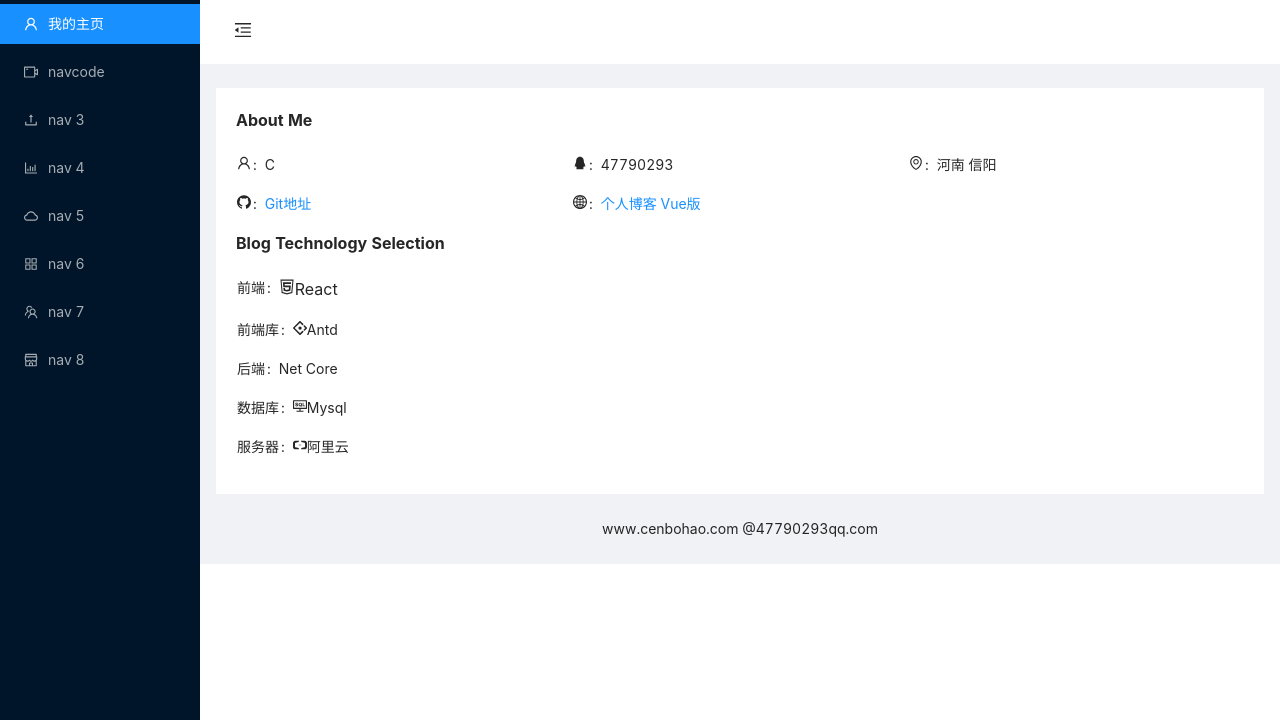
Repository: CBH20010703/bolgsweb
Page: /index (app in blogs/)
The author's editor kept a copy of each file at every save. The page is drawn from the files as they stood at one save, then again after the next save.
The browser window is 1280 px wide. The pictures show the whole page.
The project was rebuilt for these pictures with package versions that can differ from the ones it lists, and the page was loaded fresh each time. Also part of the build but not shown: blogs/src/view/Login/Login.jsx, blogs/src/component/Menu/MenuList.css, blogs/src/view/Home/Home.css, blogs/src/view/NavCode/NavCode.css, blogs/src/view/NavCode/NavCode.jsx, blogs/src/view/404/Error.jsx.

Above is the page before, as saved 2021-06-27 22:48:49.

### blogs/src/index.js
import React from 'react';
import ReactDOM from 'react-dom';
import './index.css';
import App from './App';
import { BrowserRouter} from 'react-router-dom'


ReactDOM.render(<BrowserRouter><App /></BrowserRouter>,document.getElementById('root'));

### blogs/src/App.js
import './App.css';
import { React, Component } from "react";

import  RouterMap from "./router/RouterMap"
export default class  App extends Component {
  constructor(props) {
    super(props);
    this.state = {  collapsed: false, }
  }
  toggle = (data) => {
     console.log(data)
    this.setState({
      collapsed: data,
    });
  };
  render() {
    return (
      <RouterMap/>
    );
  }
}

### blogs/src/router/RouterMap.js
import React from 'react'
import {  Route, Switch} from 'react-router-dom'
import Login from "../view/Login/Login"
import Context from '../view/context/context'
import Error from '../view/404/Error'
export default class RouterMap  extends React.Component {
    render() {
        return (


            <Switch>
                 <Route  path="/"  component={Context}/>
                <Route path="/login" component={Login} />

                    <Route path="*" component={Error} />

               </Switch>


        )
    }
}

### blogs/src/view/context/context.jsx

import { React, Component } from "react";
import Headers from '../../component/Header/Headers';
import MenuList from '../../component/Menu/MenuList';
import Footers from '../../component/Footer/Footers';

import { Layout } from 'antd';
import { Redirect, Route, Switch } from 'react-router-dom'
import Home from "../Home/Home.jsx";
import Navcode from "../NavCode/NavCode.jsx"
import Error from "../404/Error";
const { Content, Sider } = Layout;
export default class Context extends Component {
  constructor(props) {
    super(props);
    this.state = { collapsed: false, }
  }
  toggle = (data) => {
    console.log(data)
    this.setState({
      collapsed: data,
    });
  };
  render() {
    return (

      <Layout>
        <Sider trigger={null} collapsible collapsed={this.state.collapsed}
          style={{
            overflow: 'auto',
            height: '100vh',
            position: 'fixed',
            left: 0,
          }}
        >
          <MenuList />
        </Sider>
        <Layout className="site-layout" style={{ paddingLeft: this.state.collapsed ? "60px" : "200px", transition: "0.1s ease" }}>
          <Headers toggle={this.toggle} parent={this.state.collapsed}></Headers>
          <Content style={{ margin: '24px 16px 0', height: "auto", background: "#fff" }}>
            <Switch>
              <Route path="/index" component={Home} />
              <Route path="/NavCode" component={Navcode} />
              <Route path="*" component={Error} />
              <Redirect to="/index"></Redirect>
            </Switch>
          </Content>
          <Footers />
        </Layout>
      </Layout>


    );
  }
}

### blogs/src/component/Header/Headers.jsx
import React, { Component } from 'react'
import { Layout } from 'antd';


import {
  MenuUnfoldOutlined,
  MenuFoldOutlined,
} from '@ant-design/icons';
import "./Headers.css"
const { Header } = Layout;
export default class Headers extends Component {
    constructor(props) {
        super(props)
        this.state = {
            isShow:false
        }
    }
    Tab = () => {
        let { isShow } = this.state;
        this.setState({
            isShow:!isShow
        })
        this.props.toggle(!isShow);

    }
    render() {

        return (

                <Header className="site-layout-background" style={{ paddingLeft:"10px" }} >
                     {React.createElement(this.state.isShow ? MenuUnfoldOutlined : MenuFoldOutlined, {
              className: 'trigger',
                         onClick: this.Tab,

            })}
                </Header>

        )
    }
}

### blogs/src/component/Menu/MenuList.jsx
import React, { Component } from 'react'
import { Menu } from 'antd';
import {Link} from 'react-router-dom'
import "./MenuList.css"
import {
  AppstoreOutlined,
  BarChartOutlined,
  CloudOutlined,
  ShopOutlined,
  TeamOutlined,
  UserOutlined,
  UploadOutlined,
  VideoCameraOutlined,
} from '@ant-design/icons';
export default class MenuList extends Component {
  render() {
    return (

         <Menu theme="dark" mode="inline" defaultSelectedKeys={['1']}>
          <Menu.Item key="1"  icon={<UserOutlined />}>
          <Link to="/index"> 我的主页
            </Link>

          </Menu.Item>
          <Menu.Item key="2" icon={<VideoCameraOutlined />}>
          <Link to="/NavCode"> navcode
            </Link>

          </Menu.Item>
          <Menu.Item key="3" icon={<UploadOutlined />}>
            nav 3
          </Menu.Item>
          <Menu.Item key="4" icon={<BarChartOutlined />}>
            nav 4
          </Menu.Item>
          <Menu.Item key="5" icon={<CloudOutlined />}>
            nav 5
          </Menu.Item>
          <Menu.Item key="6" icon={<AppstoreOutlined />}>
            nav 6
          </Menu.Item>
          <Menu.Item key="7" icon={<TeamOutlined />}>
            nav 7
          </Menu.Item>
          <Menu.Item key="8" icon={<ShopOutlined />}>
            nav 8
          </Menu.Item>
        </Menu>
    )
  }
}

### blogs/src/component/Footer/Footers.jsx
import React, { Component } from 'react'
import { Layout } from 'antd';
const {  Footer } = Layout;
export default class Footers extends Component {
    render() {
        return (
            <div>
               <Footer style={{ textAlign: 'center' }}>www.cenbohao.com @47790293qq.com</Footer>
            </div>
        )
    }
}

### blogs/src/view/Home/Home.jsx
import React, { Component } from 'react'
import "./Home.css"
import { Descriptions } from 'antd';
import { UserOutlined, QqOutlined, EnvironmentOutlined, GithubOutlined, ConsoleSqlOutlined, AliyunOutlined, GlobalOutlined, Html5Outlined, AntDesignOutlined } from '@ant-design/icons';
export default class Home extends Component {

    handleClick = e => {
        console.log('click ', e);
    };
    render() {
        return (

            <div style={{ padding: "20px" }}>
                <Descriptions title="About Me">
                    <Descriptions.Item label={<UserOutlined />}>C</Descriptions.Item>
                    <Descriptions.Item label={<QqOutlined />}>47790293</Descriptions.Item>
                    <Descriptions.Item label={<EnvironmentOutlined />}>河南 信阳</Descriptions.Item>
                    <Descriptions.Item label={<GithubOutlined />}><a href="https://github.com/CBH20010703"  >Git地址</a></Descriptions.Item>
                    <Descriptions.Item label={<GlobalOutlined />} span={2}>
                        <a href="http://www.cenbohao.com/">个人博客 Vue版</a>
                    </Descriptions.Item>
                </Descriptions>

                <Descriptions title="Blog Technology Selection">
                    <Descriptions.Item contentStyle={{ fontSize: "1rem" }} span={3} label="前端"><Html5Outlined /> React</Descriptions.Item>
                    <Descriptions.Item span={3} label="前端库"><AntDesignOutlined />Antd</Descriptions.Item>
                    <Descriptions.Item span={3} label="后端">Net Core</Descriptions.Item>
                    <Descriptions.Item span={3} label="数据库"><ConsoleSqlOutlined />Mysql</Descriptions.Item>
                    <Descriptions.Item span={3} label="服务器"><AliyunOutlined />阿里云</Descriptions.Item>
                </Descriptions>
            </div>

        )
    }
}

### blogs/src/component/Header/Headers.css
.site-layout .site-layout-background {
    background: #fff;
}

 .trigger {
    padding: 0 24px;
    font-size: 18px;
    line-height: 64px;
    cursor: pointer;
    transition: color 0.3s;
}

 .trigger:hover {
    color: #1890ff;
}

Loaded but not shown: blogs/public/index.html (common file); blogs/src/index.css (common file); blogs/src/App.css (common file)

After the next save:
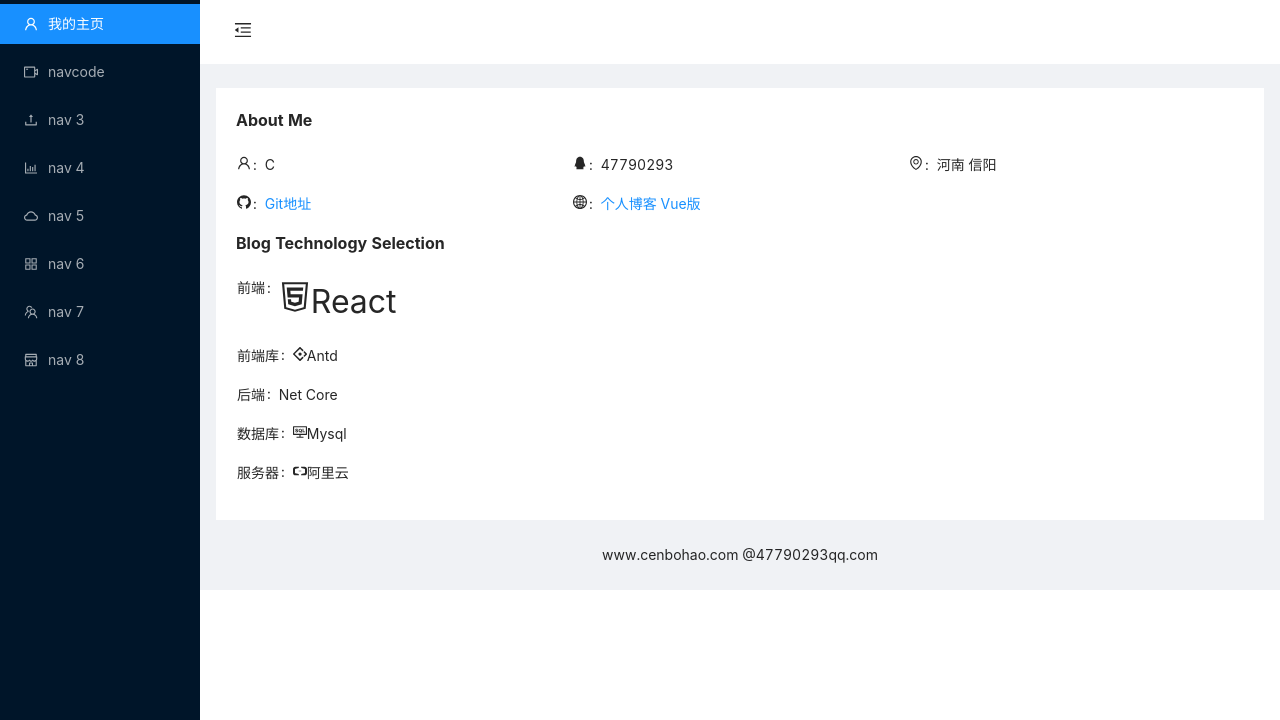
Saved 18 s later.
--- a/blogs/src/view/Home/Home.jsx
+++ b/blogs/src/view/Home/Home.jsx
@@ -22,7 +22,7 @@
                 </Descriptions>
 
                 <Descriptions title="Blog Technology Selection">
-                    <Descriptions.Item contentStyle={{ fontSize: "1rem" }} span={3} label="前端"><Html5Outlined /> React</Descriptions.Item>
+                    <Descriptions.Item contentStyle={{ fontSize: "2rem" }} span={3} label="前端"><Html5Outlined /> React</Descriptions.Item>
                     <Descriptions.Item span={3} label="前端库"><AntDesignOutlined />Antd</Descriptions.Item>
                     <Descriptions.Item span={3} label="后端">Net Core</Descriptions.Item>
                     <Descriptions.Item span={3} label="数据库"><ConsoleSqlOutlined />Mysql</Descriptions.Item>

After the save that followed:
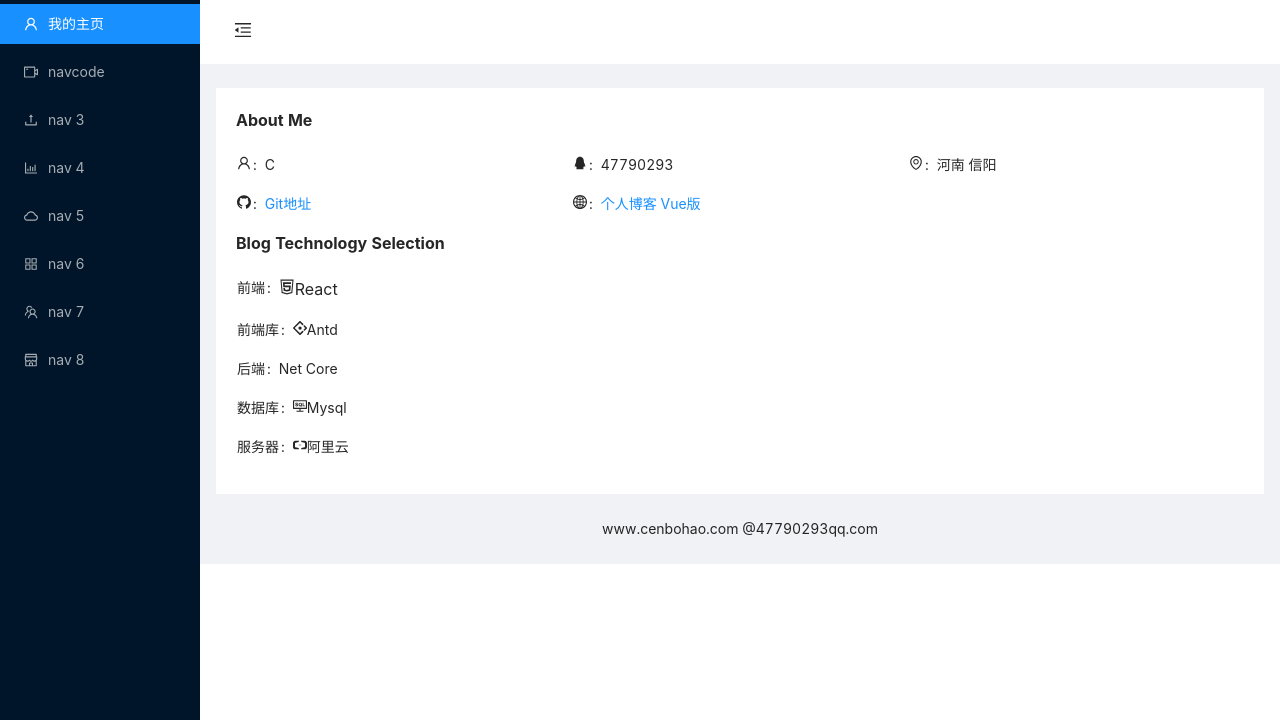
Saved 15 s later.
--- a/blogs/src/view/Home/Home.jsx
+++ b/blogs/src/view/Home/Home.jsx
@@ -22,7 +22,7 @@
                 </Descriptions>
 
                 <Descriptions title="Blog Technology Selection">
-                    <Descriptions.Item contentStyle={{ fontSize: "2rem" }} span={3} label="前端"><Html5Outlined /> React</Descriptions.Item>
+                    <Descriptions.Item contentStyle={{ fontSize: "1rem" }} span={3} label="前端"><Html5Outlined /> React</Descriptions.Item>
                     <Descriptions.Item span={3} label="前端库"><AntDesignOutlined />Antd</Descriptions.Item>
                     <Descriptions.Item span={3} label="后端">Net Core</Descriptions.Item>
                     <Descriptions.Item span={3} label="数据库"><ConsoleSqlOutlined />Mysql</Descriptions.Item>
